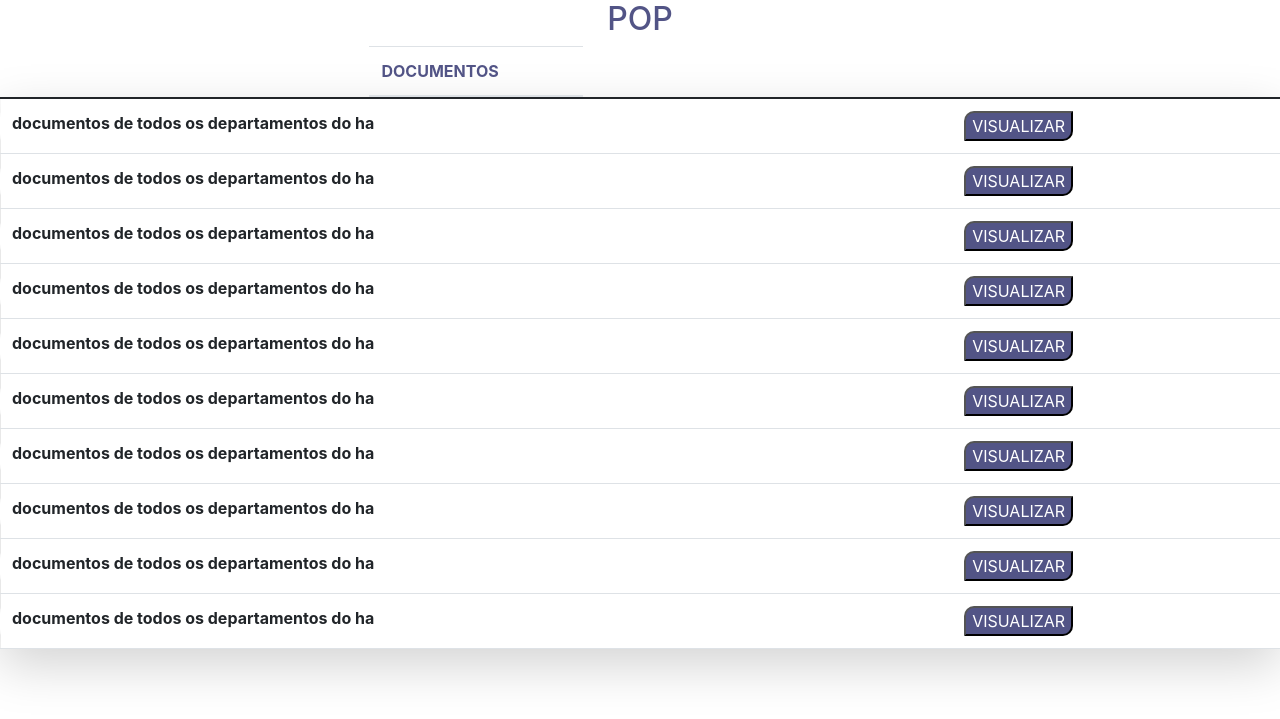
Repository: Leandromarim/INTRANET_PARTICULAR
Page: pop.html
The author's editor kept a copy of each file at every save. The page is drawn from the files as they stood at one save, then again after the next save.
The browser window is 1280 px wide. The pictures show the whole page.

Above is the page before, as saved 2021-12-17 11:11:34.
Not found: ajax.js

After the next save:
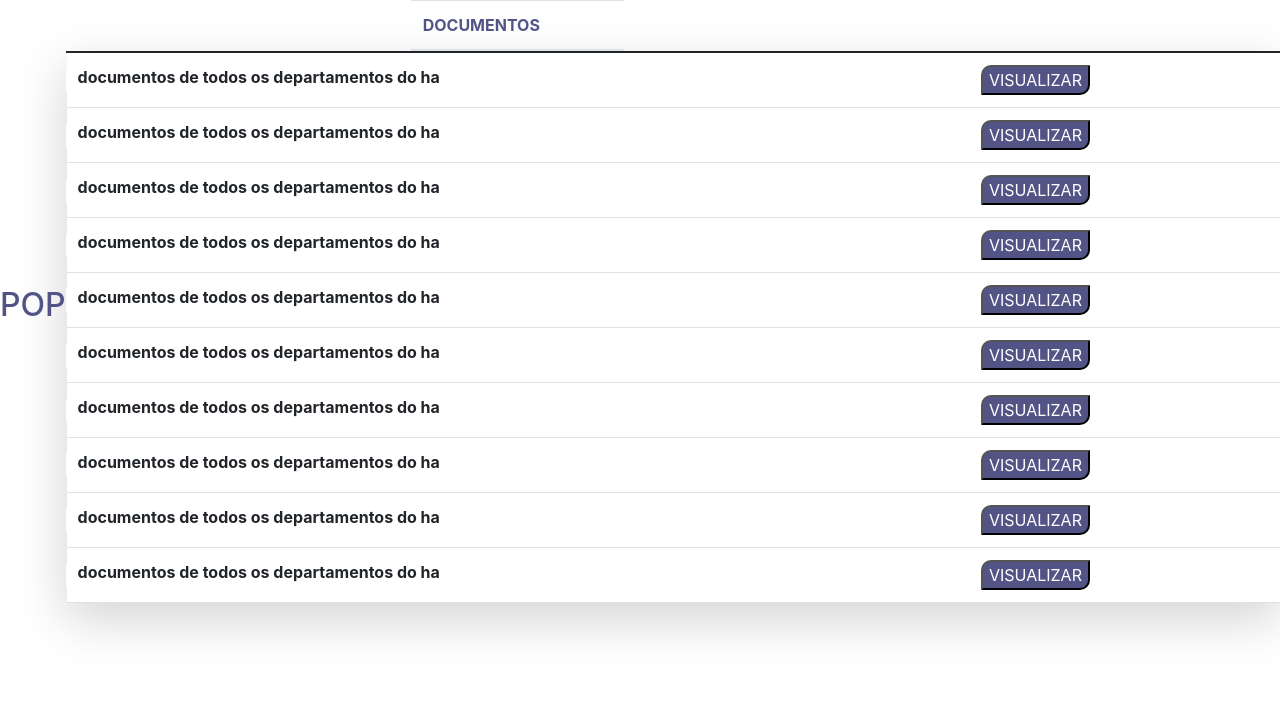
Saved 17 s later.
--- a/pop.html
+++ b/pop.html
@@ -20,6 +20,7 @@
     <header id="mainheader"></header>
     <div id="container"></div>
     <main>
+        <section class="table-centralizado">
         <section class="titulo-docs">
             <h2>
                 POP

After the save that followed:
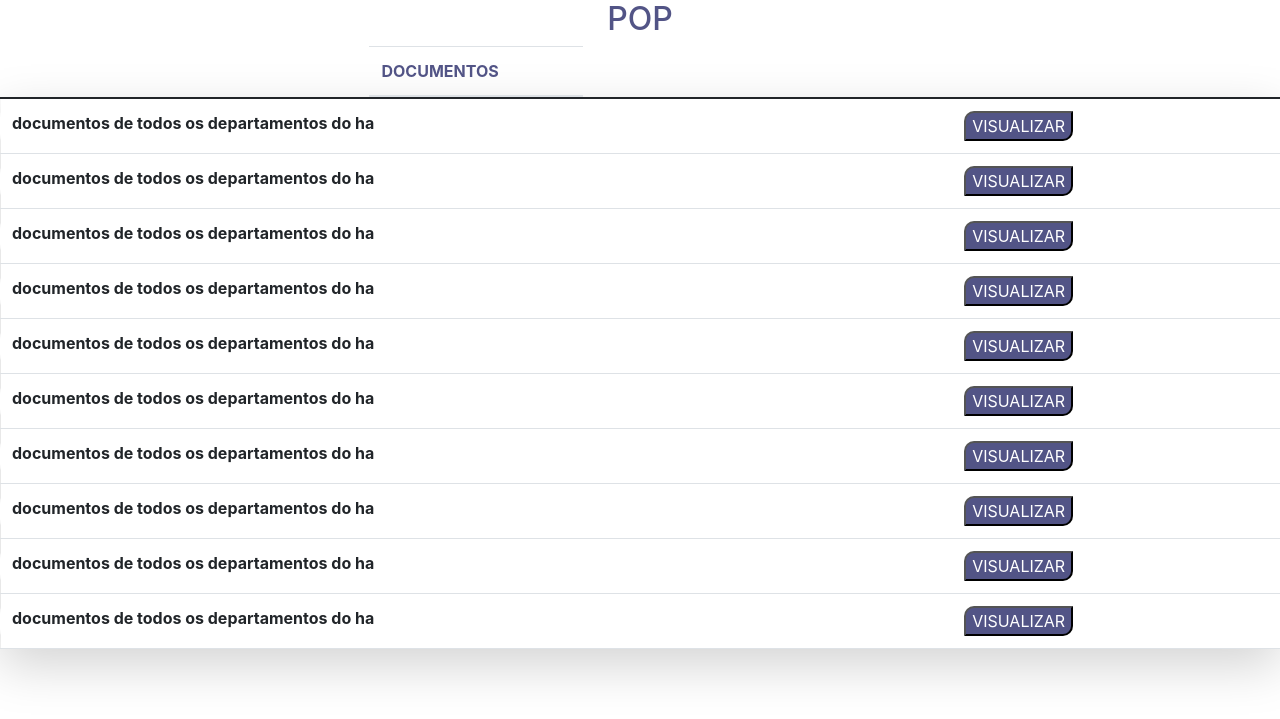
Saved 5 min 34 s later.
--- a/pop.html
+++ b/pop.html
@@ -20,12 +20,12 @@
     <header id="mainheader"></header>
     <div id="container"></div>
     <main>
-        <section class="table-centralizado">
         <section class="titulo-docs">
             <h2>
                 POP
             </h2>
         </section>
+        <section class="table-centralizado"></section>
         <table class="table">
             <thead>
                 <tr>
